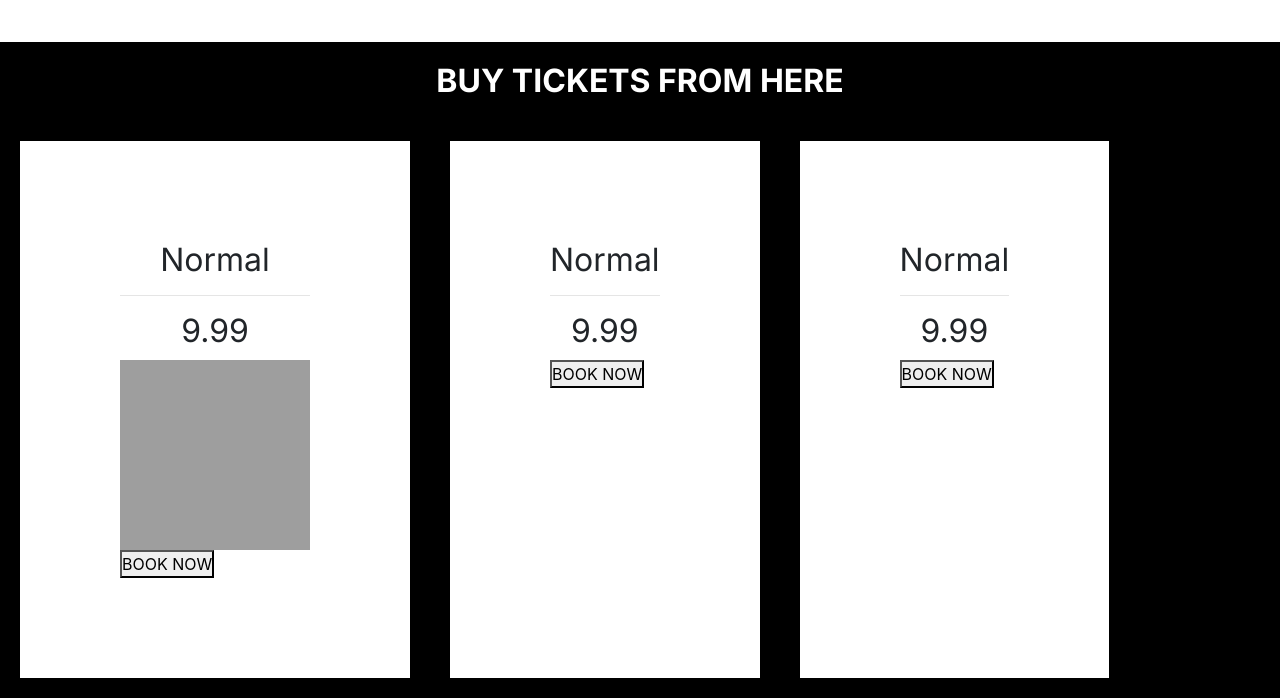
Repository: m-koparanova/MuseumOfCandy
Page: index.html
These files come from the project's save history. The page is drawn as it stood at one moment and after the next save; the edit follows.
The browser window is 1280 px wide. The pictures show the part of the page from y = 1376 to 2074 px (the page is 2074 px tall before and 1926 px after).
Pictures or frames that could not be fetched are drawn as grey boxes. Some web fonts or font styles are not loaded; a fallback is used.

Above is the page before, as saved 2023-03-05 22:21:47.

### index.html
<!DOCTYPE html>
<html lang="en">
<head>
    <meta charset="UTF-8">
    <meta http-equiv="X-UA-Compatible" content="IE=edge">
    <meta name="viewport" content="width=device-width, initial-scale=1.0">
    <title>Document</title>
    <link rel="stylesheet" href="https://cdn.jsdelivr.net/npm/bootstrap@4.6.2/dist/css/bootstrap.min.css" integrity="sha384-xOolHFLEh07PJGoPkLv1IbcEPTNtaed2xpHsD9ESMhqIYd0nLMwNLD69Npy4HI+N" crossorigin="anonymous">

    <link rel="stylesheet" href="style.css">

</head>
<body>
    <nav class="nav-bar">
        <h2 class="logo">MUSEUM OF CANDY</h2>
        <div class="top-nav">

            <ul>
                <li class="nav"><a href="#">Home</a></li>
                <li class="nav"><a href="#">Tickets</a></li>
            </ul>
            <button class="button">Log in</button>
        </div>

    </nav>

    <tbody>
        <div class="image-container">
            <img src="pics\pexels-lisa-fotios-918327.jpg" alt="" class="image">
            <div class="text-container">
                <h3>MUSEUM OF CANDY</h3>
                <hr>
                <p>Here you can enjoy every candy<br>you can think of</p>
            </div>
        </div>

        <div>
            <h2 class="delights-text" id="delights-text">Delights for everyone!</h2>
        </div>

        <div class="gallery">
            <img src="C:\Users\Magda\Desktop\code\pics\pexels-anna-tukhfatullina-food-photographerstylist-2638026.jpg" alt="" width="280" height="355">
            <img src="C:\Users\Magda\Desktop\code\pics\pexels-photo-1775285.webp" alt="" width="280" height="355">
            <img src="C:\Users\Magda\Desktop\code\pics\resized-cookie.jpg" alt="" width="280" height="355">
        </div>

        <h2 class="buy-tickets">BUY TICKETS FROM HERE</h2>
            <div class="ticket-container">
                <div class="ticket">
                    <h2>Normal</h2>
                    <hr>
                    <h2>9.99</h2>

                    <div class="icon">
                        <img src="C:\Users\Magda\Desktop\code\pics\cotton-candy.png" width="190" height="190" alt="">

                    </div>

                    <button>BOOK NOW</button>
                </div>


                <div class="ticket">
                    <h2>Normal</h2>
                    <hr>
                    <h2>9.99</h2>

                    <div class="icon">

                    </div>

                    <button>BOOK NOW</button>
                </div>

                <div class="ticket">
                    <h2>Normal</h2>
                    <hr>
                    <h2>9.99</h2>

                    <div class="icon">

                    </div>

                    <button>BOOK NOW</button>





            </div>
        </div>

    </tbody>


    <script src="https://cdn.jsdelivr.net/npm/jquery@3.5.1/dist/jquery.slim.min.js" integrity="sha384-DfXdz2htPH0lsSSs5nCTpuj/zy4C+OGpamoFVy38MVBnE+IbbVYUew+OrCXaRkfj" crossorigin="anonymous"></script>
    <script src="https://cdn.jsdelivr.net/npm/bootstrap@4.6.2/dist/js/bootstrap.bundle.min.js" integrity="sha384-Fy6S3B9q64WdZWQUiU+q4/2Lc9npb8tCaSX9FK7E8HnRr0Jz8D6OP9dO5Vg3Q9ct" crossorigin="anonymous"></script>

</body>
</html>

### style.css
@import url('https://fonts.googleapis.com/css2?family=Inter:wght@100;200;300;400;500;600;700;800;900&display=swap');
@import url('https://fonts.googleapis.com/css2?family=Italianno&display=swap');


*{
    margin: 0;
    padding: 0;
}

.nav-bar{
    background: black;
}

.logo {
    font-family: 'Inter', sans-serif, bold;
    color: white;
    position: absolute;
    margin-top: 20px;
    margin-left: 20px;
}

.top-nav{
    display: flex;
    align-items: end;
    justify-content: end;
    padding-top: 20px;
    padding-left: 20px;

}

.top-nav ul li{
    display: inline-block;
    list-style-type: none;
    padding-left: 20px;
    padding-right: 20px;
    font-family: 'Inter', sans-serif;
    font-size: 28px;
}

.top-nav ul li a{
    text-decoration: none;
    color: white;
}

.top-nav ul li a:hover{
    color: rgb(215, 5, 5);
    transition: .3s;
}

.button{
    border: none;
    background: white;
    border-radius: 10px;
    padding: 8px 15px 8px 15px;
    margin-right: 30px;
    margin-left: 40px;
    margin-bottom: 15px;
    font-family: 'Inter', sans-serif;
    text-align: center;
}

.button:hover{
    background: rgb(215, 5, 5);
    color: white;
}

.image-container {
    position: relative;
    text-align: center;
}

.image{
    object-fit: cover;
    width: 100%;
    height: 700px;
}

.text-container{
    position: absolute;
    bottom: 30px;
    left: 30px;
    background: white;
    opacity: 90%;
    padding: 40px 40px 40px 40px ;
}

.image-container div hr{
    border-width: 3px;
    opacity: 100%;
    background: red;
}
.image-container div h3{
    font-family: "Inter", sans-serif;
    font-size: 36px;
    font-weight: 700;
}

.image-container div p{
    font-family: 'Italianno', cursive;
    font-size: 38px;
    margin-top: 30px;
    margin-bottom: 0px;
}

.delights-text{
    font-family: 'Italianno', cursive;
    text-align: center;
    margin: 40px 0px 40px 0px;
    font-size: 100px;
}

.gallery{
    display: flex;
    justify-content: space-between;
}

.gallery img{
    width: 20%;
    margin: calc(20%/6);
}

.buy-tickets{
    background-color: black;
    color: white;
    font-family: 'Inter', sans-serif;
    font-size: 32px;
    padding: 20px;
    text-align: center;
    font-weight: 700;
    margin: 0px;
}

.ticket-container{
    background: black;
    display: flex;
    width: 280;
    position: relative;

}

.ticket{
    background: white;
    margin: 20px;
    padding: 100px;

}

.ticket h2{
    text-align: center;
    font-family: 'Inter', sans-serif;
    font-weight: 400;
    margin-top: 0px;
    margin-bottom: 10px;

}

After the next save:
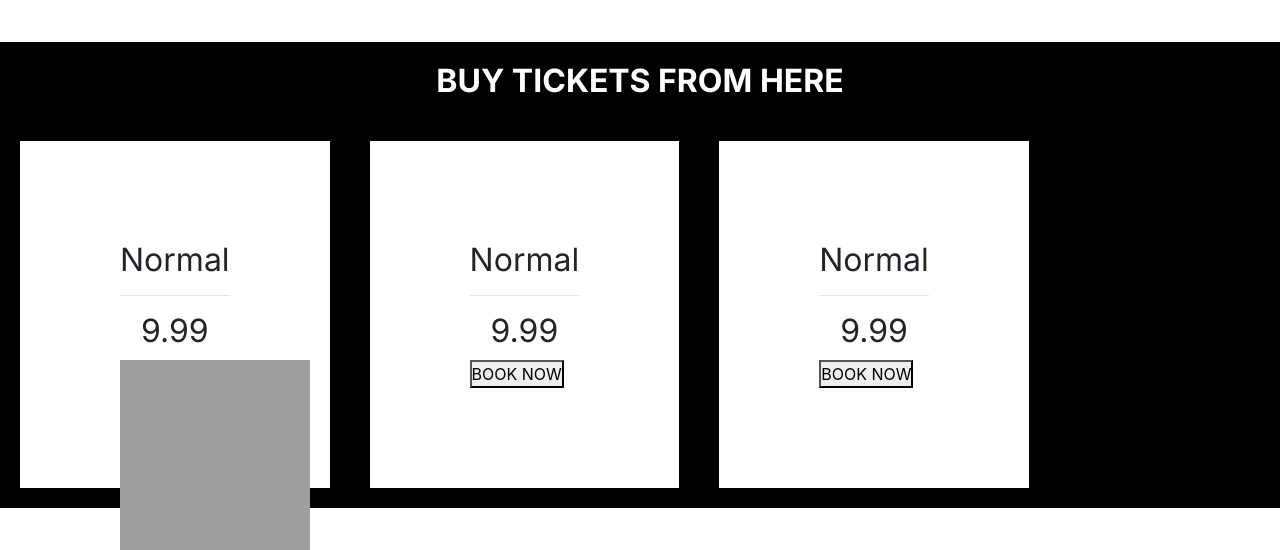
Saved 41 s later.
--- a/style.css
+++ b/style.css
@@ -153,3 +153,7 @@
     margin-bottom: 10px;
 
 }
+
+.icon{
+    position: absolute;
+}

After the 2 saves that followed:
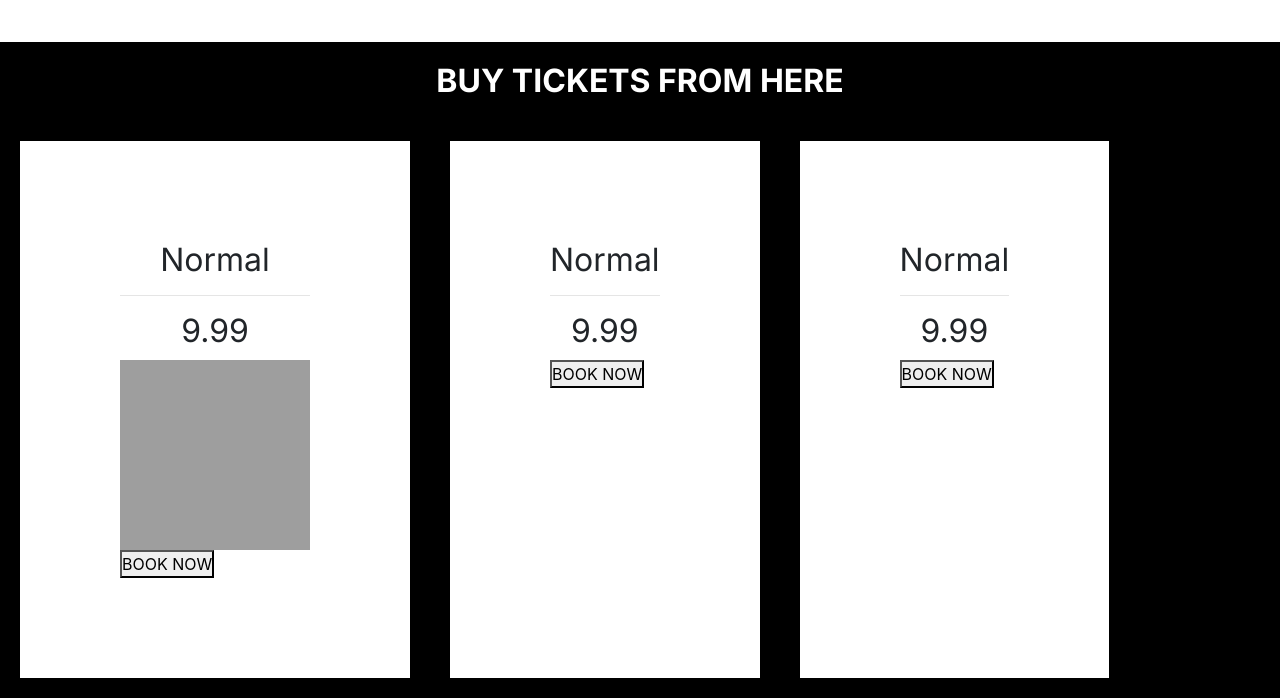
The 2 saves are shown as one change because 1 left the picture as it was.
The last was saved 29 s later.
--- a/style.css
+++ b/style.css
@@ -155,5 +155,4 @@
 }
 
 .icon{
-    position: absolute;
 }
